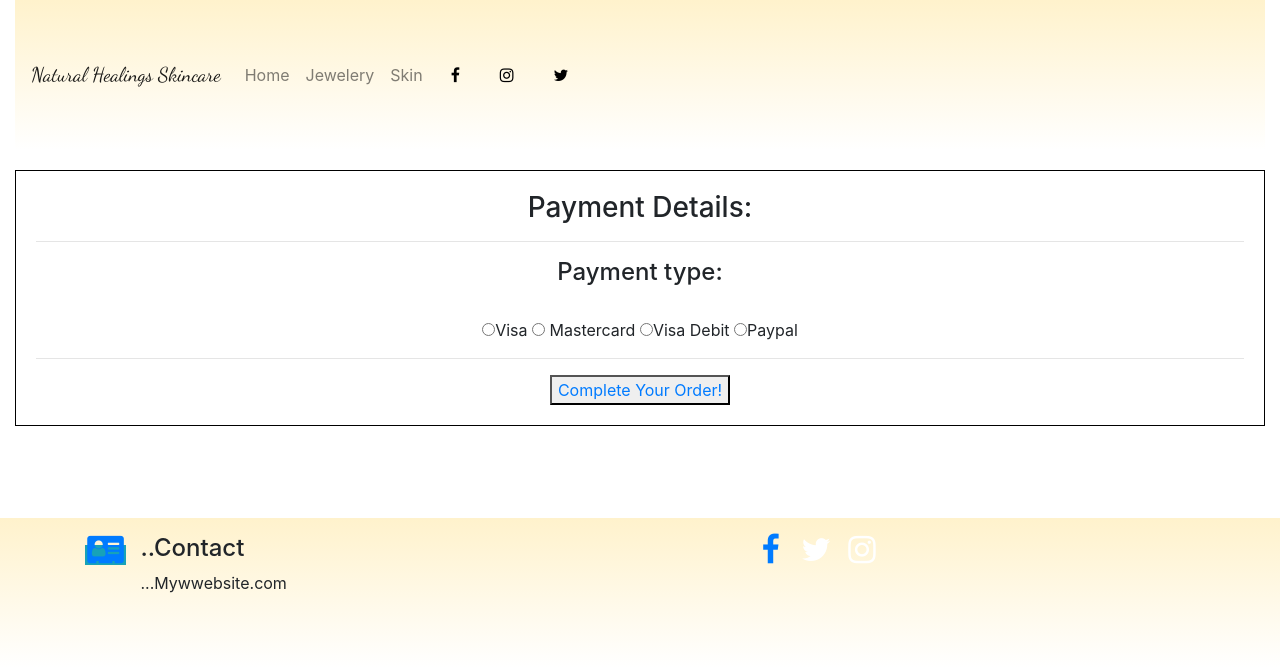
Repository: aliciarawlings/first-milestone
Page: form2.html
The author's editor kept a record of every edit. The page is drawn from the files as they stood at one moment, then again after the next edit.
The browser window is 1280 px wide. The pictures show the whole page.
Some web fonts or font styles are not loaded; a fallback is used.

Above is the page before.

After the next edit:
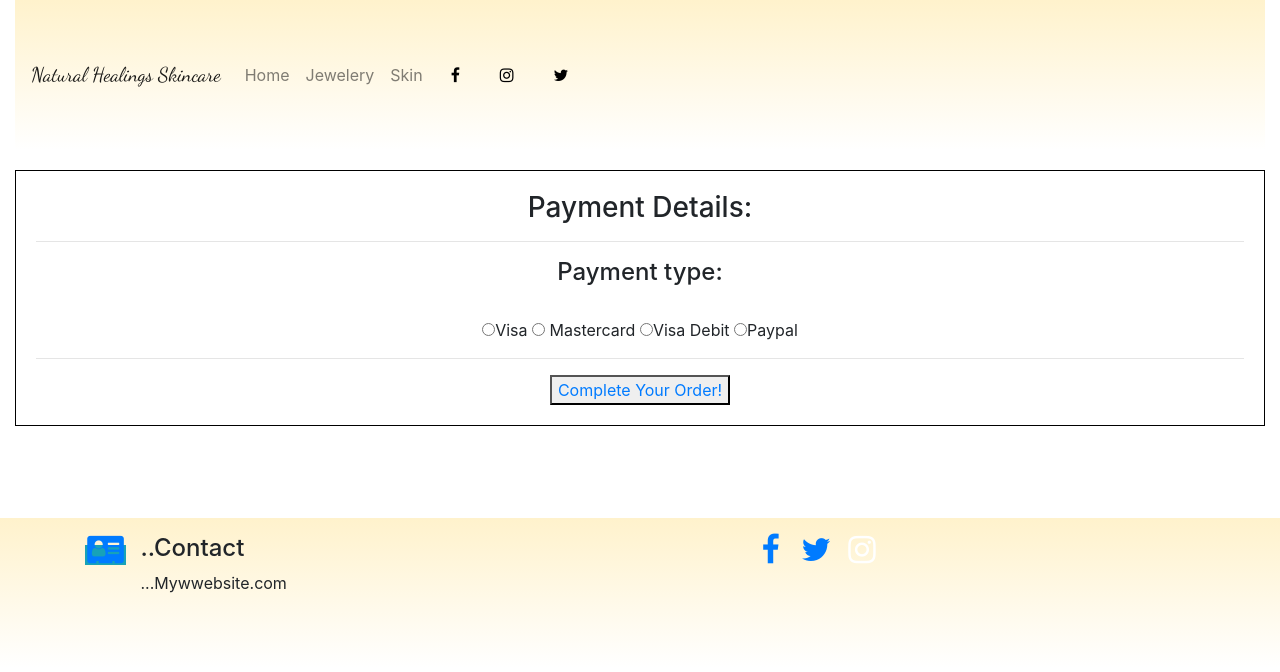
The edit:
--- a/form2.html
+++ b/form2.html
@@ -119,7 +119,7 @@
             </div>
             <div class="bg-circle-outline d-inline-block" >
               <a href="https://twitter.com/">
-                <i class="fa fa-2x fa-fw fa-twitter text-white "></i></a>
+                <i class="fa fa-2x fa-fw fa-twitter"></i></a>
             </div>
 
             <div class="bg-circle-outline d-inline-block">
